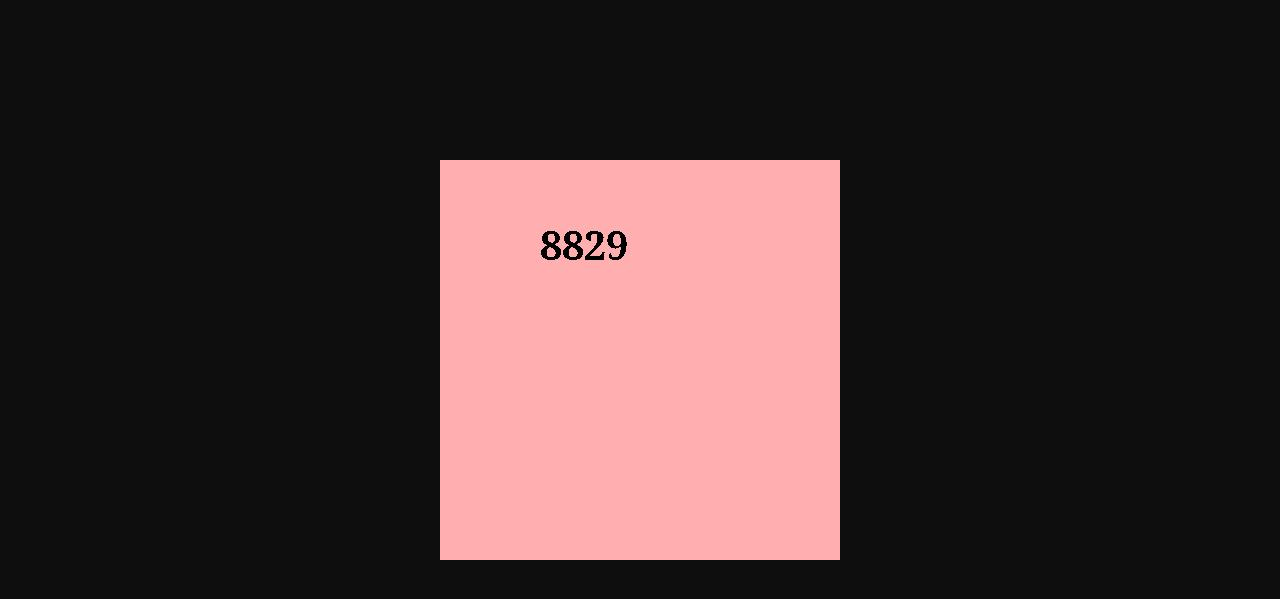
Repository: porivas/140630_Java
Page: http://localhost/web1/image
The author's editor kept a copy of each file at every save. The page is drawn from the files as they stood at one save, then again after the next save.
The browser window is 1280 px wide. The pictures show the whole page.
The page is served by Tomcat 9.

Above is the page before, as saved 2014-09-22 22:27:34.

After the next save:
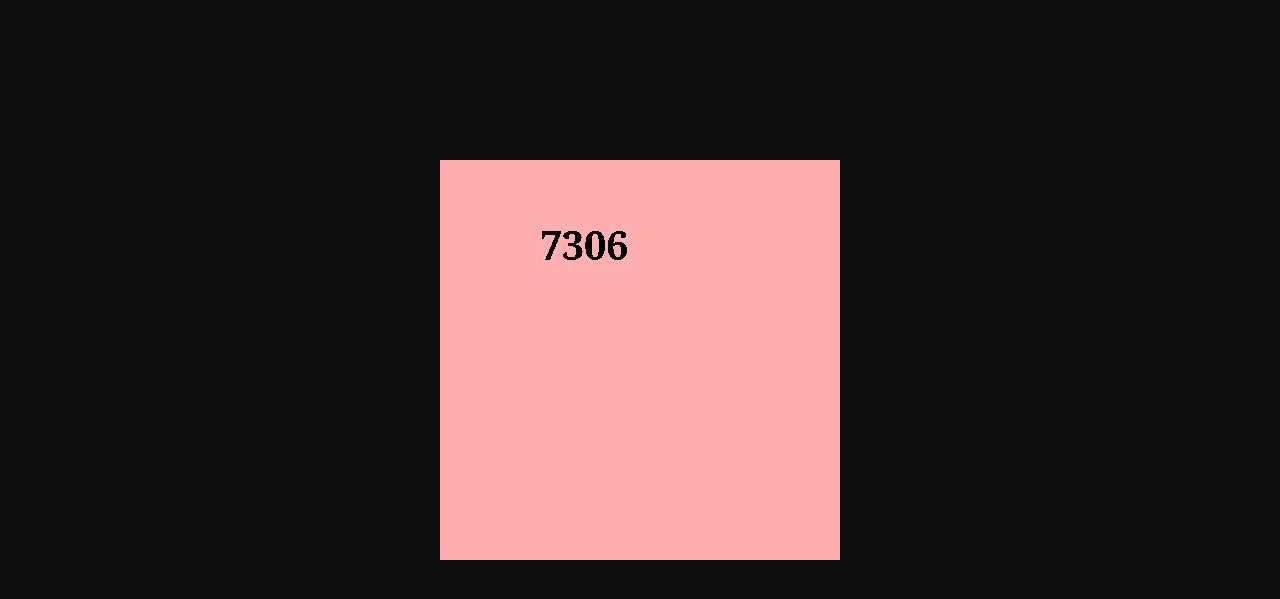
Saved 52 s later.
--- a/web1/src/org/han/web/imageTest.java
+++ b/web1/src/org/han/web/imageTest.java
@@ -73,8 +73,8 @@ public class imageTest extends HttpServlet {
 		g.fillRect(0, 0, 400, 400); // 사각형을 채우면서 그림 이미지전체
 		g.setColor(Color.black);
 		g.setFont(new Font("Serif",Font.BOLD,40));
-		g.drawString("8829", 100, 100); // 처음 실습 코드 가로 100 / 세로 100 크기 영역에 AAAAAA라는 문자열을 넣는 코드
-		//g.drawString("" + (int)(Math.random()*10000), 100, 100);
+//		g.drawString("AAAA", 100, 100); // 처음 실습 코드 가로 100 / 세로 100 크기 영역에 AAAAAA라는 문자열을 넣는 코드
+		g.drawString("" + (int)(Math.random()*10000), 100, 100);
 		ImageIO.write(image, "JPG", out);
 	}
 
